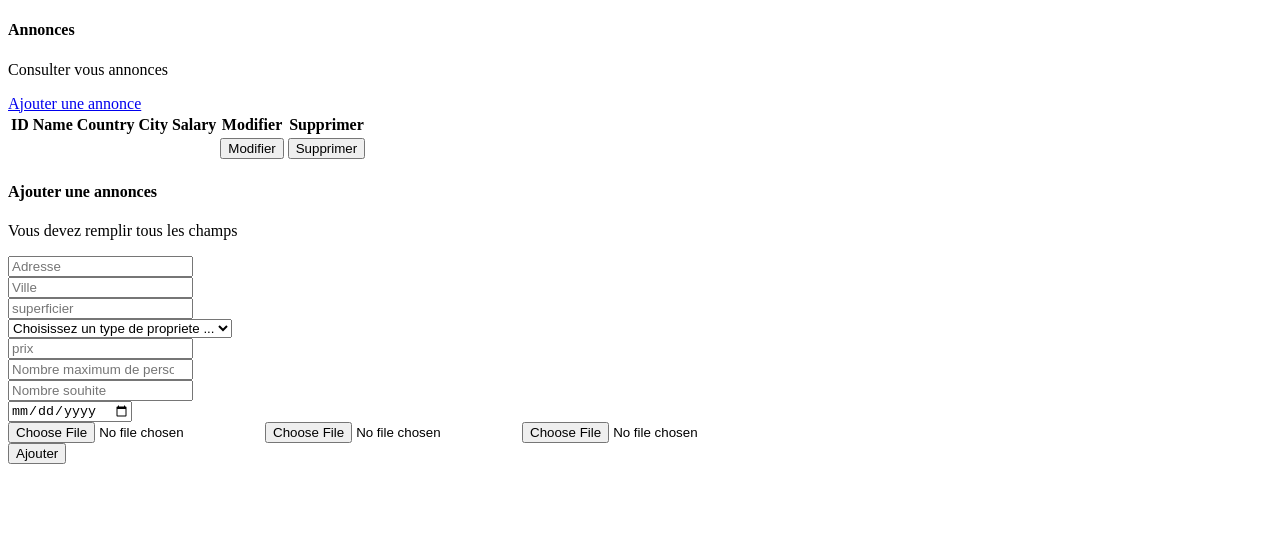
Repository: said-chafouai/E-Colocation-WebApplication
Page: http://localhost/e-colocation/WEB-INF/JSPFiles/Offreur/annonces.jsp
An editor plug-in stored every save of this project. The page is shown before and after the next save, followed by the edit.
The browser window is 1280 px wide. The pictures show the whole page.
The page is served by Tomcat 9. Nobody is signed in. The template is opened directly, without the code that normally fills it, so the values that code supplies are empty.

Above is the page before, as saved 2020-02-03 12:06:44.

After the next save:
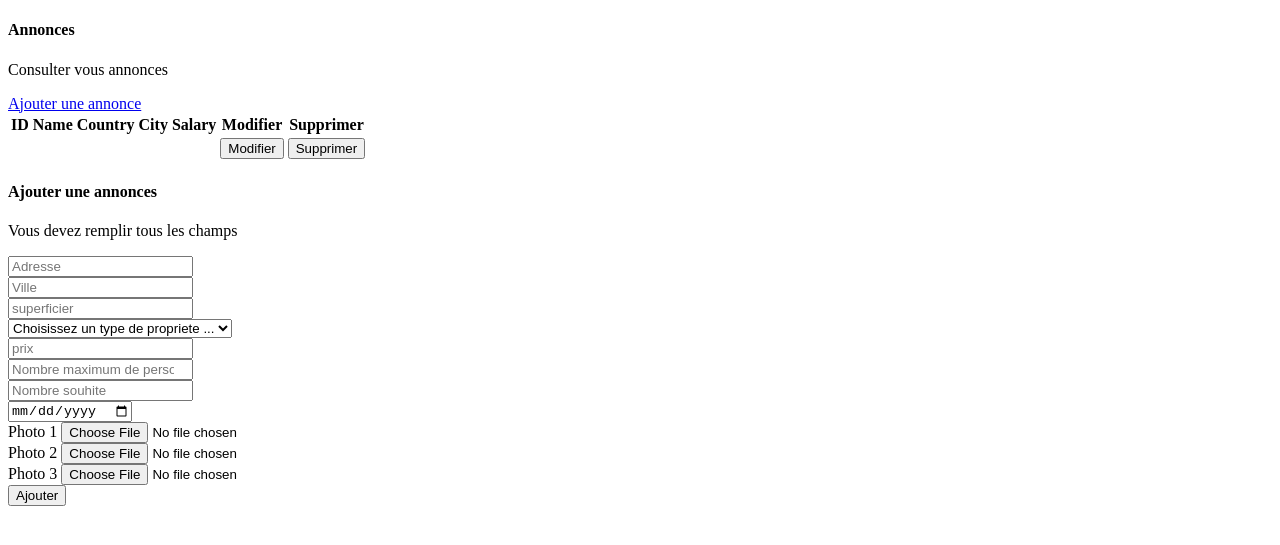
Saved 50 s later.
--- a/e-colocation/WebContent/WEB-INF/JSPFiles/Offreur/annonces.jsp
+++ b/e-colocation/WebContent/WEB-INF/JSPFiles/Offreur/annonces.jsp
@@ -134,8 +134,11 @@
 	                                    <div class="form-group">
 	                                        <input type="date" class="form-control" placeholder="date de disponible" id="disponibilite" required>
 	                                    </div>
-	                                        <input type="file" class="" id="photo1" >
-	                                        <input type="file" class=""  id="photo2" >
+	                                    	Photo 1
+	                                        <input type="file" class="" id="photo1" ><br>
+	                                        Photo 2
+	                                        <input type="file" class=""  id="photo2" ><br>
+	                                        Photo 3
 	                                        <input type="file" class="" id="photo3" >
 	                                    <div class="form-group">
 	                                        <input type="submit" class="btn btn-primary pull-right"value="Ajouter">
